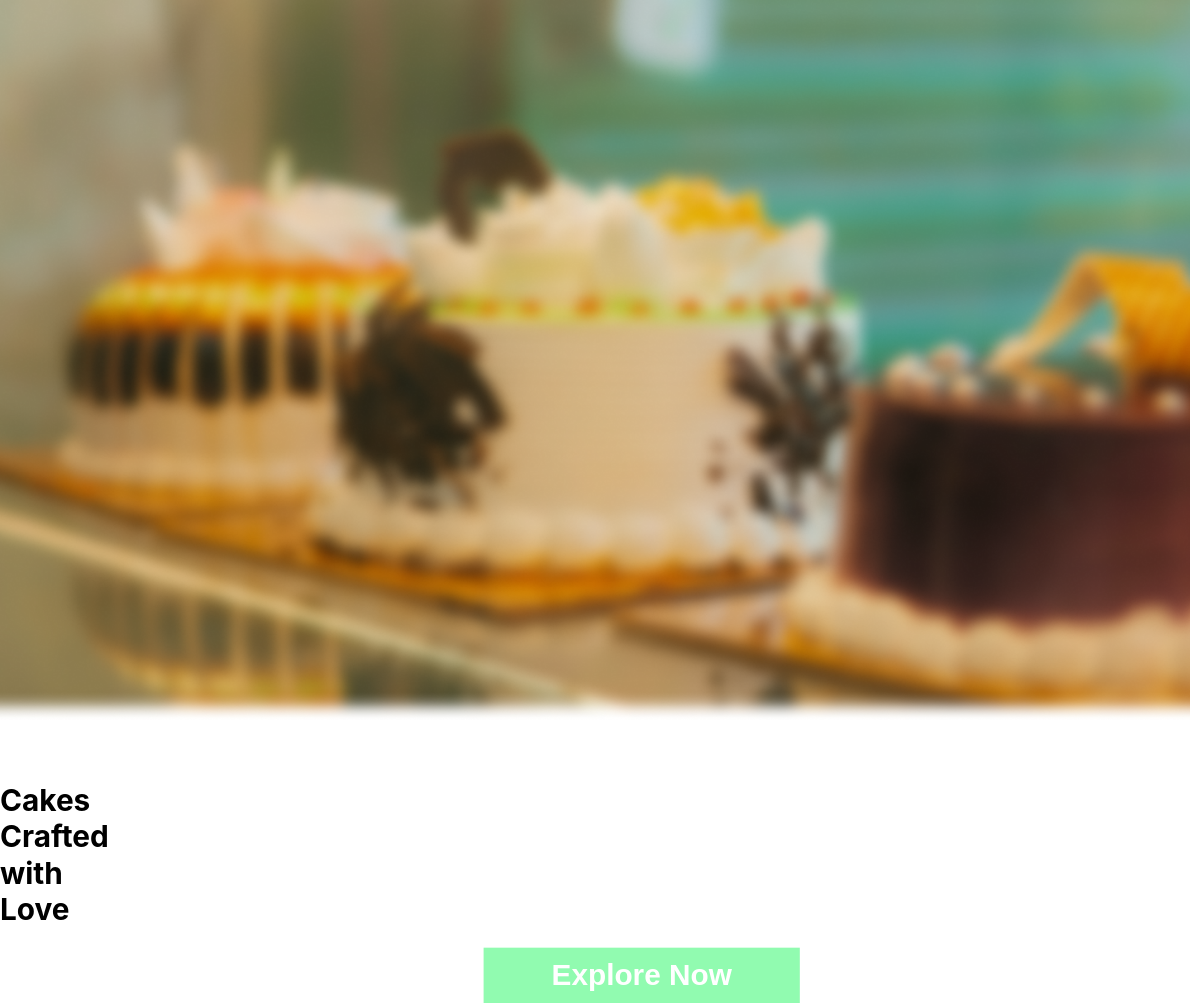
Repository: MEROO1010/cake-box-website
Page: / (app in Cake_box/cake_website/cake_frontend/)
The author's editor kept a copy of each file at every save. The page is drawn from the files as they stood at one save, then again after the next save.
The browser window is 1280 px wide. The pictures show the whole page, at 93% of full size.
The project was rebuilt for these pictures with package versions that can differ from the ones it lists, and the page was loaded fresh each time.

Above is the page before, as saved 2024-10-22 12:10:00.

### Cake_box/cake_website/cake_frontend/src/App.jsx
import { BrowserRouter as Router, Routes, Route } from 'react-router-dom';
import  Homepage from './components/HomePage/Homepage';

function App() {
    return (
        <Router>
            <Routes>
                <Route path="/" element={<Homepage />} />
            </Routes>
        </Router>
    );
}

export default App;

### Cake_box/cake_website/cake_frontend/src/components/HomePage/Homepage.jsx
import React from 'react'
import Homepagebg from '../assets/HomePage.png';
import styled from 'styled-components';

const Homepage = () => {
  return (
    <Container>

    <img src={Homepagebg} alt=""/>

    <h1>Cakes<br/> Crafted<br/> with<br/> Love</h1>

    <button>Explore Now</button>

    </Container>
  )
}

export default Homepage

const Container = styled.div `
   img{
    width: 100%;
    background-size: cover;

   }

   h1{
    color:black;
    padding-top:40px;
    position: relative;
   }

   button{
    background-color:#91FBB0;
    color:white;
    border:none;
    width:340px;
    height:60px;
    font-size:32px;
    font-weight:bold;
    margin-left:520px;
   }

  `

Loaded but not shown: Cake_box/cake_website/cake_frontend/public/index.html (common file); Cake_box/cake_website/cake_frontend/src/index.js (common file); Cake_box/cake_website/cake_frontend/src/index.css (common file); Cake_box/cake_website/cake_frontend/src/reportWebVitals.js (common file)

After the next save:
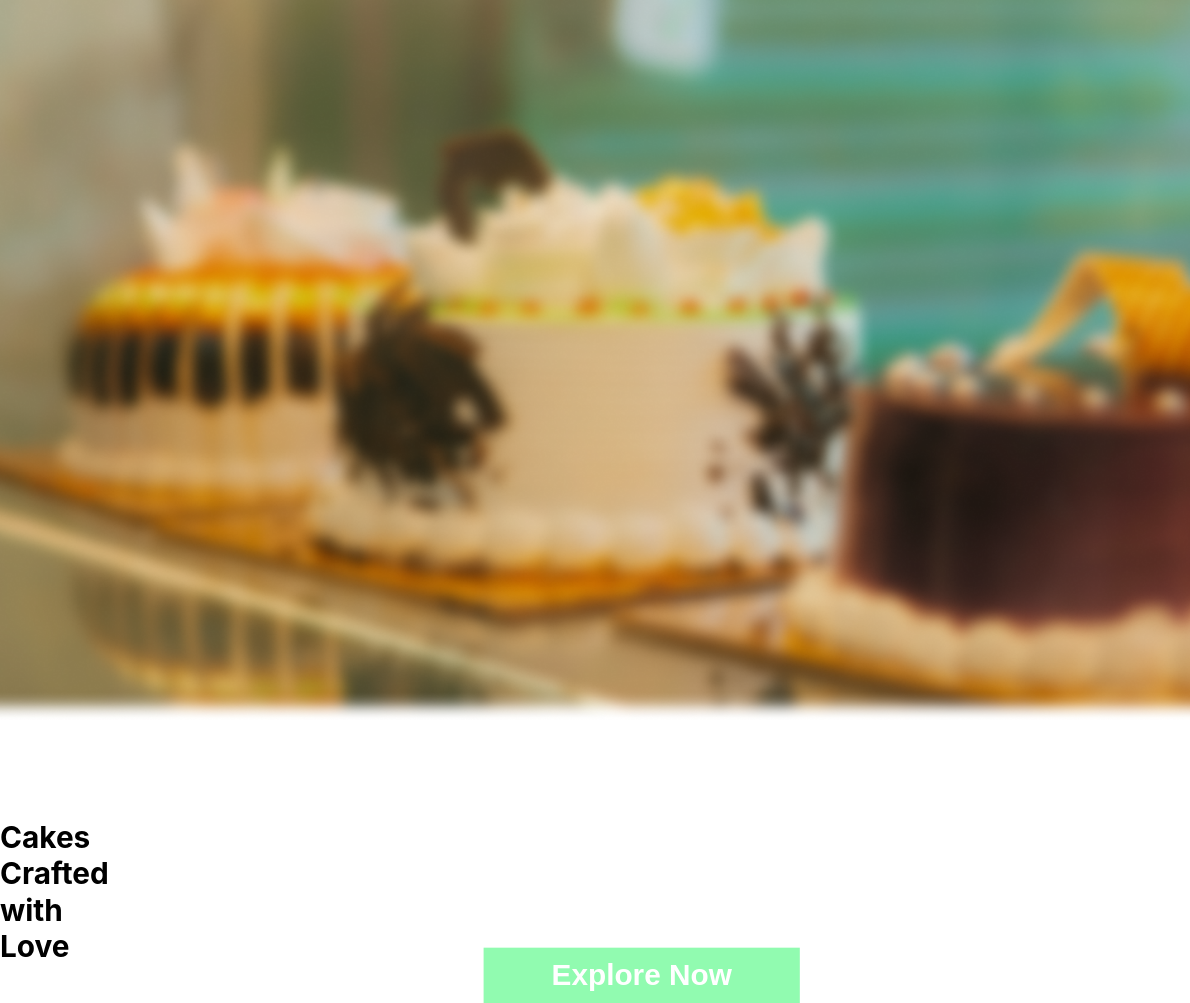
Saved 8 s later.
--- a/Cake_box/cake_website/cake_frontend/src/components/HomePage/Homepage.jsx
+++ b/Cake_box/cake_website/cake_frontend/src/components/HomePage/Homepage.jsx
@@ -28,6 +28,7 @@ const Container = styled.div `
    h1{
     color:black;
     padding-top:40px;
+    top:40px;
     position: relative;
    }
 
